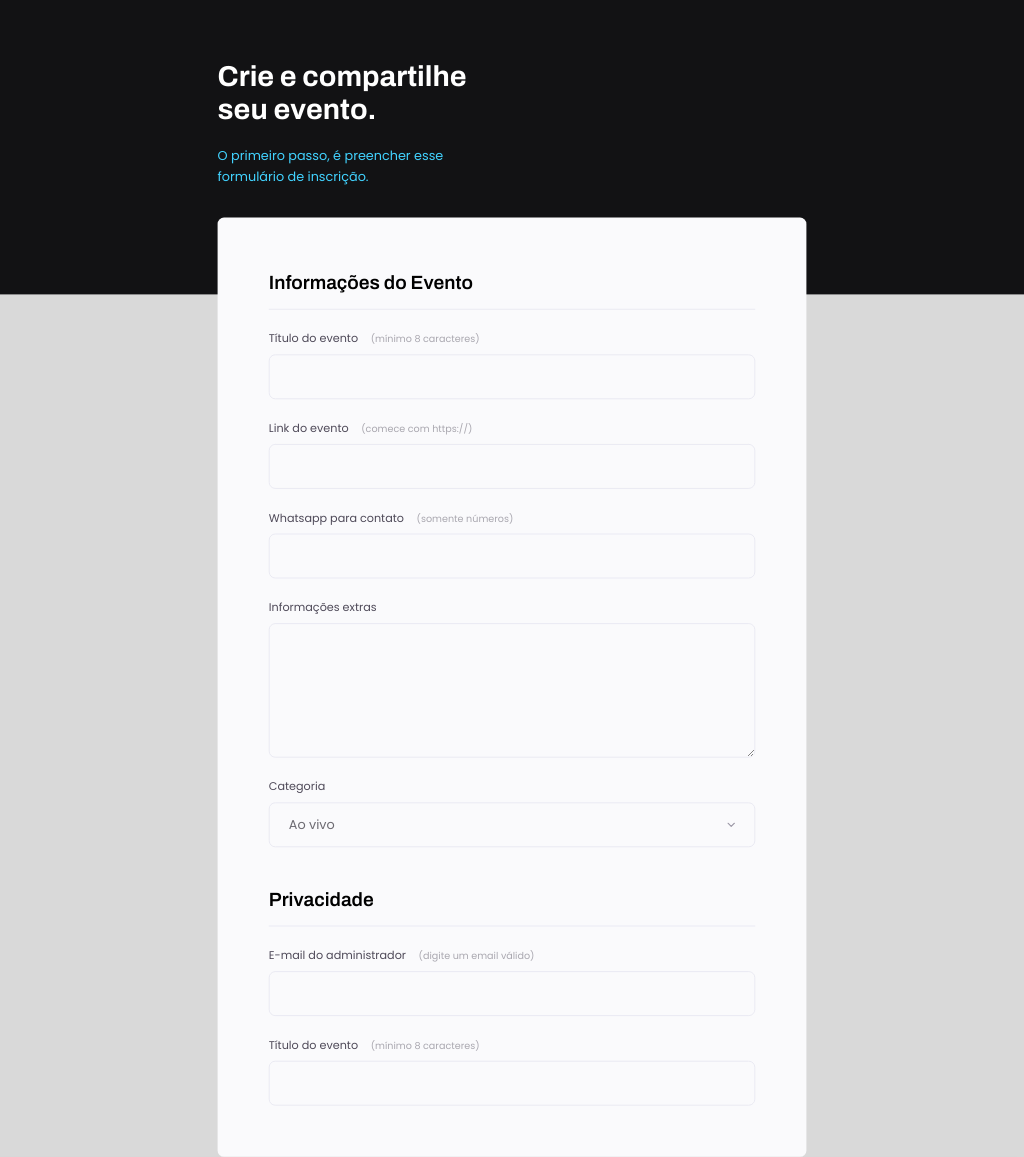
Repository: devMuriloOliveira/Formulario
Page: index.html
The author's editor kept a copy of each file at every save. The page is drawn from the files as they stood at one save, then again after the next save.
The browser window is 1280 px wide. The pictures show the whole page, at 80% of full size.

Above is the page before, as saved 2023-11-02 21:08:16.

### index.html
<!DOCTYPE html>
<html lang="en">
  <head>
    <link rel="preconnect" href="https://fonts.googleapis.com" />
    <link rel="preconnect" href="https://fonts.gstatic.com" crossorigin />
    <meta charset="UTF-8" />
    <meta name="viewport" content="width=device-width, initial-scale=1.0" />
    <title>Crie seu evento</title>
    <link rel="stylesheet" href="style.css" />

    <link
      href="https://fonts.googleapis.com/css2?family=Archivo:wght@600;700&family=Poppins&display=swap"
      rel="stylesheet"
    />
  </head>
  <body>
    <div class="page">
      <header>
        <h1>Crie e compartilhe seu evento.</h1>
        <p>O primeiro passo, é preencher esse formulário de inscrição.</p>
      </header>

      <form>
        <fieldset>
          <div class="fieldset-wrapper">
            <legend>Informações do Evento</legend>

            <div class="input-wrapper">
              <label for="event-title">
                Título do evento <span>(mínimo 8 caracteres)</span>
              </label>
              <input type="text" id="event-title" />
            </div>

            <div class="input-wrapper">
              <label for="event-link">
                Link do evento <span>(comece com https://)</span>
              </label>
              <input type="url" id="event-link" />
            </div>

            <div class="input-wrapper">
              <label for="event-whatsapp">
                Whatsapp para contato <span>(somente números)</span>
              </label>
              <input type="number" id="event-whatsapp" />
            </div>

            <div class="input-wrapper">
              <label for="event-info">Informações extras</label>
              <textarea id="event-info"></textarea>
            </div>

            <div class="input-wrapper">
              <label for="event-category"> Categoria </label>
              <select id="event-category">
                <option value="live">Ao vivo</option>
                <option value="podcast">Podcast</option>
                <option value="mentorship">Mentoria</option>
              </select>
            </div>
          </div>
        </fieldset>

        <fieldset>
          <div class="fieldset-wrapper">
            <legend>Privacidade</legend>

            <div class="input-wrapper">
              <label for="event-email">
                E-mail do administrador <span>(digite um email válido)</span>
              </label>
              <input type="email" id="event-email" />
            </div>

            <div class="input-wrapper">
              <label for="event-title">
                Título do evento <span>(mínimo 8 caracteres)</span>
              </label>
              <input type="text" id="event-title" />
            </div>
          </div>
        </fieldset>
      </form>
    </div>
  </body>
</html>

### style.css
*{
  padding: 0;
  margin: 0;
  box-sizing: border-box;
}

body, input, button, select, textarea{
  font-family: 'Poppins', sans-serif;
}

body{
  background-color: #D9D9D9;
}

body::before{
  content: '';
  width: 100%;
  height: 368px;

  position: absolute;
  top: 0;
  left: 0;
  z-index: -1;
  background: #121214;
}

.page{
  width: 736px;
  margin: auto;
}

header{
  width: 319px;
  margin-top: 74px;

}

header h1{
  font-family: 'Archivo', sans-serif;
  font-weight: bold;

  font-size: 36px;
  line-height: 42px;
  color: white;

  margin-bottom: 24px;
}

header p{
  color: #42D3FF;
  font-size: 16px;
  line-height: 26px;
}

form{
  margin-top: 38px;
  background: #FAFAFC;

  border-radius: 8px;
  min-height: 300px;

  padding: 64px;

  display: flex;
  flex-direction: column;
  gap: 48px;
}

fieldset{
  border: none;
}

.fieldset-wrapper{
  display: flex;
  flex-direction: column;
  gap: 24px;
}


fieldset legend{
  font-family: 'Archivo';
  font-weight: 600;
  font-size: 24px;
  line-height: 34px;

  width: 100%;
  border-bottom: 1px solid #E6E6F0;

  padding-bottom: 16px;
}

.input-wrapper{
  display: flex;
  flex-direction: column;
}

.input-wrapper label{
  font-size: 14px;
  line-height: 24px;

  color: #4E4958;
  margin-bottom: 8px;
}

.input-wrapper label span{
  margin-left: 12px;

  line-height: 20px;
  font-size: 12px;
  color: #a9a7af;
}

.input-wrapper label span:hover{
  color: #6c6a71;
}

 .input-wrapper input,
 .input-wrapper textarea,
 .input-wrapper select{
  background: #FAFAFC;

  border: 1px solid #E6E6F0;
  border-radius: 8px;
  height: 56px;

  padding: 0 24px;
  font-size: 16px;

  line-height: 26px;

  color: #6C6A71;
}

.input-wrapper textarea{
 padding: 0;
 height: 168px;


}

.input-wrapper select{
  appearance: none;
  background-image: url("data:[embedded picture, 242 characters]");
  background-repeat: no-repeat;
  background-position: right 24px top 50%;
}

After the next save:
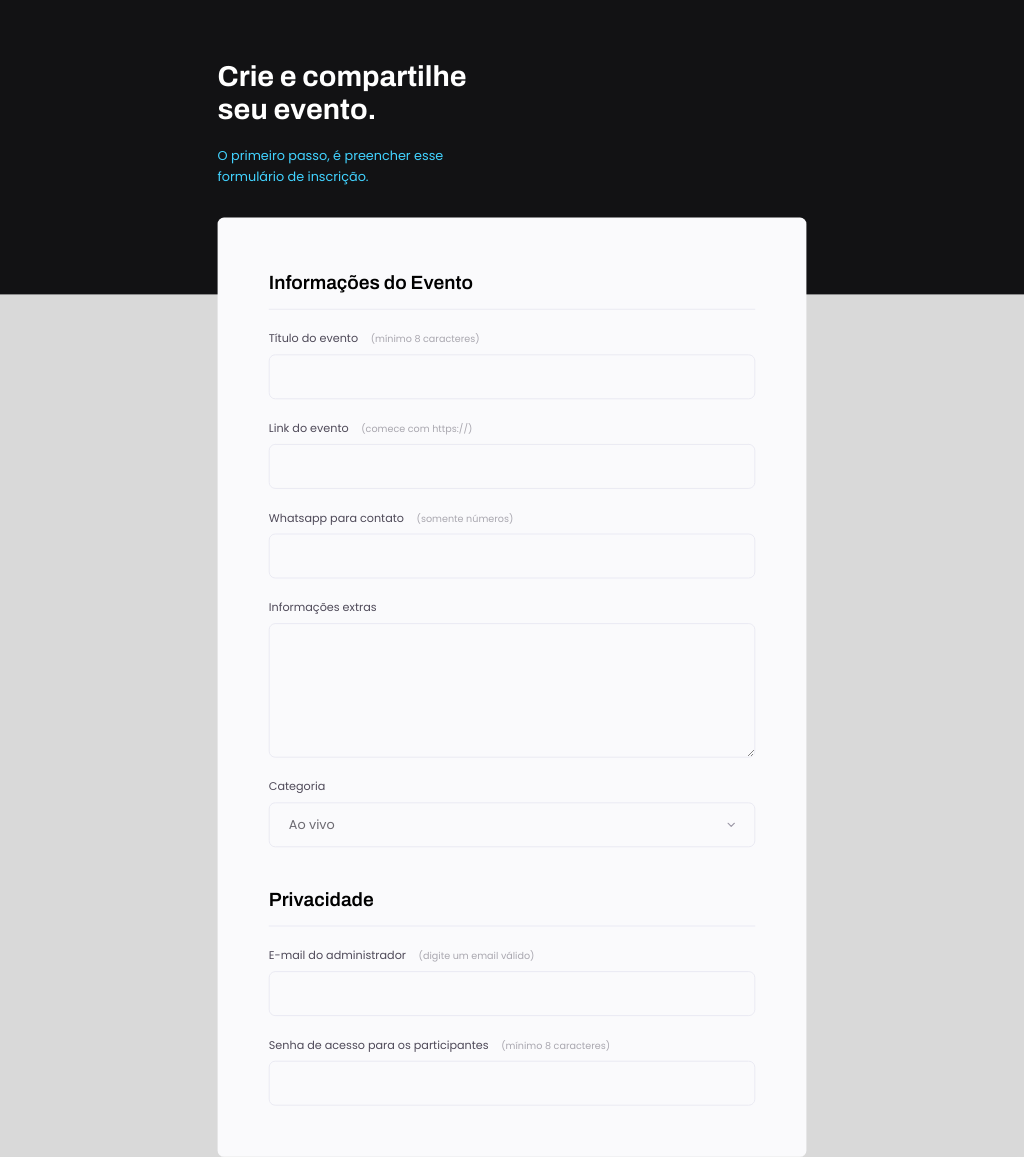
Saved 61 s later.
--- a/index.html
+++ b/index.html
@@ -74,10 +74,11 @@
             </div>
 
             <div class="input-wrapper">
-              <label for="event-title">
-                Título do evento <span>(mínimo 8 caracteres)</span>
+              <label for="event-password">
+                Senha de acesso para os participantes
+                <span>(mínimo 8 caracteres)</span>
               </label>
-              <input type="text" id="event-title" />
+              <input type="password" id="event-password" />
             </div>
           </div>
         </fieldset>
